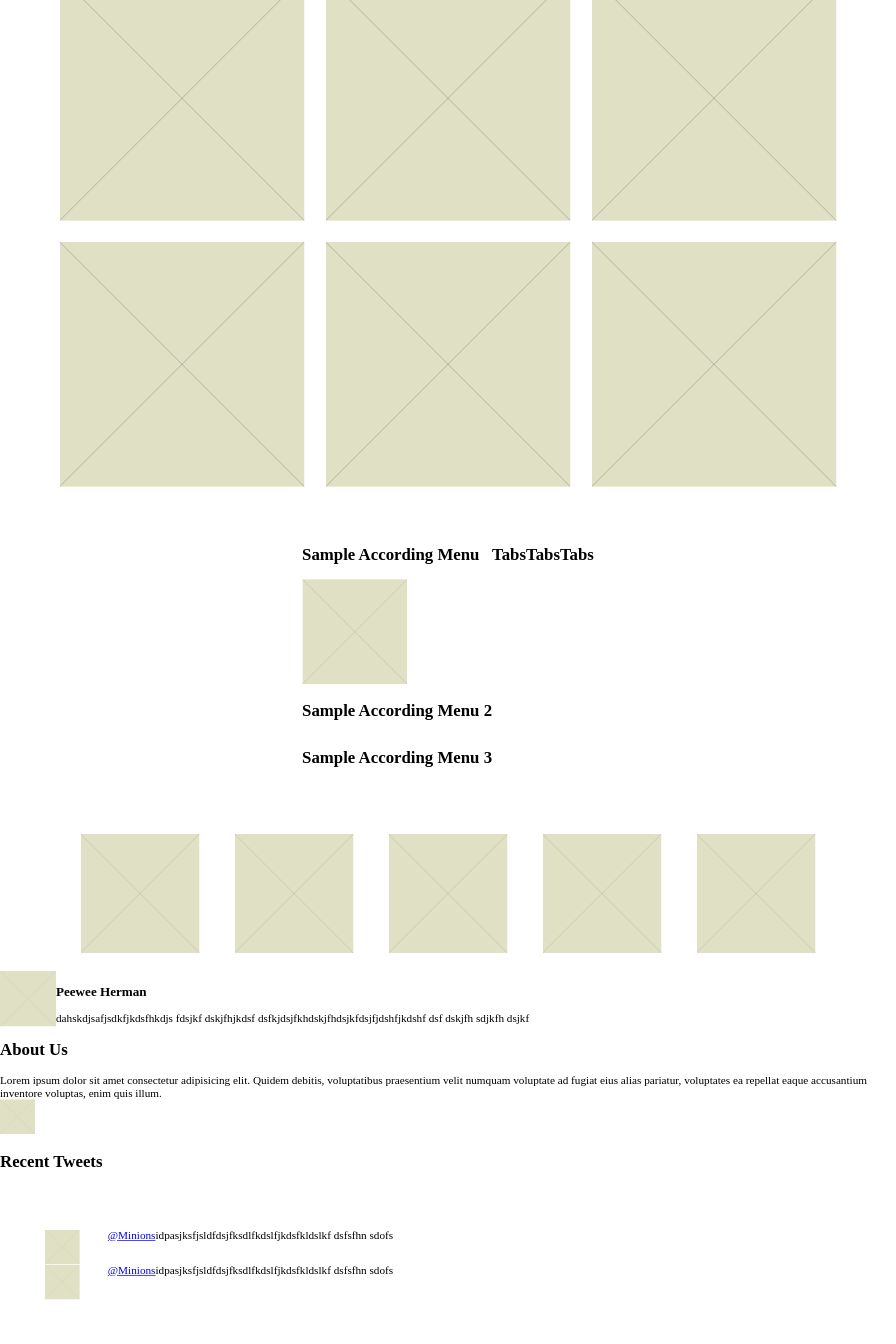
Repository: ReallyNguyen/responsive-web
Page: index.html
An editor plug-in stored every save of this project. The page is shown before and after the next save, followed by the edit.
The browser window is 1280 px wide. The pictures show the part of the page from y = 1079 to 2999 px (the page is 2999 px tall before and 2871 px after), at 70% of full size.

Above is the page before, as saved 2023-01-25 22:09:48.

### index.html
<!doctype html>
<html class="no-js" lang="">

<head>
  <meta charset="utf-8">
  <title></title>
  <meta name="description" content="">
  <meta name="viewport" content="width=device-width, initial-scale=1">

  <meta property="og:title" content="">
  <meta property="og:type" content="">
  <meta property="og:url" content="">
  <meta property="og:image" content="">

  <link rel="manifest" href="site.webmanifest">
  <link rel="apple-touch-icon" href="icon.png">
  <!-- Place favicon.ico in the root directory -->

  <link rel="stylesheet" href="css/normalize.css">
  <link rel="stylesheet" href="css/main.css">

  <meta name="theme-color" content="#fafafa">
</head>

<body>
  <header>
    <div class="nav-bar">
      <h1 class="company-name" >Metrolics</h1>
      <img class="logo" src="placeholder.svg" alt="company logo" width="50" height="50">
      <img class="accordian" src="placeholder.svg" alt="accordian here" width="50" height="50">

    </div>

    <div class="introduction">
      <h1> Hey guys! This is the Metrolics theme. It sports a responsive layout with a mobile layout.</h1>
    </div>


  </header>



  <article>

    <div class="Title">
      <h1>
        Things we do
      </h1>
      <p>
        ask what we do
      </p>
    </div>

    <main>

      <div class="Contents">
        <div class="Content">
          <img src="placeholder.svg" alt="" width="50" height="50">
          <div class="Description">
            <h4 class="topic">
              Web Solution
            </h4>
            <p> ajisdjsad</p>
          </div>
        </div>

        <div class="Content">
          <img src="placeholder.svg" alt="" width="50" height="50">
          <div class="Description">
            <h4 class="topic">
              Photography
            </h4>
            <p> ajisdjsad</p>
          </div>
        </div>

        <div class="Content">
          <img src="placeholder.svg" alt="" width="50" height="50">
          <div class="Description">
            <h4 class="topic">
              Web Development
            </h4>
            <p> ajisdjsad</p>
          </div>
        </div>

        <div class="Content">
          <img src="placeholder.svg" alt="" width="50" height="50">
          <div class="Description">
            <h4 class="topic">
              Web Design
            </h4>
            <p> ajisdjsad</p>
          </div>
        </div>



      </div>

      <div class="whats_up_lately">

        <div class="Title">
          <h1>
            What's up lately?
          </h1>
          <p>
            Read up on our latest work
          </p>
        </div>

        <div class="Boxes">
          <img class="Sample" src="placeholder.svg" alt="" width="360" height="360">
          <img class="Sample" src="placeholder.svg" alt="" width="360" height="360">
          <img class="Sample" src="placeholder.svg" alt="" width="360" height="360">
        </div>
      </div>

      <div class="our_latest_projects">

        <div class="Title">
          <h1>
            Our Latest Projects
          </h1>
          <p>
            Client happy? We are happy.
          </p>
        </div>

        <div class="Boxes">
          <img class="Sample" src="placeholder.svg" alt="">
          <img class="Sample" src="placeholder.svg" alt="">
          <img class="Sample" src="placeholder.svg" alt="">
          <img class="Sample" src="placeholder.svg" alt="">
          <img class="Sample" src="placeholder.svg" alt="">
          <img class="Sample" src="placeholder.svg" alt="">
        </div>
      </div>

      <div class="Bottom">
        <div class="Menu">
          <div class="Menu1">
            <h2>Sample According Menu</h2>
            <div class="Desc-Menu1"></div>
            <img src="placeholder.svg" alt="" width="150" height="150">
          </div>
          <h2>Sample According Menu 2</h2>
          <h2>Sample According Menu 3</h2>
        </div>
        <div class="Tabs">
          <h2>Tabs</h2>
          <h2>Tabs</h2>
          <h2>Tabs</h2>
        </div>
      </div>

      <div class="Companies">
        <img class="Companies-Logo" src="placeholder.svg" alt="">
        <img class="Companies-Logo" src="placeholder.svg" alt="">
        <img class="Companies-Logo" src="placeholder.svg" alt="">
        <img class="Companies-Logo" src="placeholder.svg" alt="">
        <img class="Companies-Logo" src="placeholder.svg" alt="">
      </div>


      <footer>

        <div class="founder">
          <img src="placeholder.svg" alt="" width="80" height="80">
          <div class="intro-text-box">
            <h3> Peewee Herman </h3>
            <p> dahskdjsafjsdkfjkdsfhkdjs fdsjkf dskjfhjkdsf dsfkjdsjfkhdskjfhdsjkfdsjfjdshfjkdshf dsf dskjfh sdjkfh dsjkf</p>
         </div>
        </div>


      <div class="about-us">
        <h2> About Us</h2>
      <div class="about-us-box">
        <p> Lorem ipsum dolor sit amet consectetur adipisicing elit. Quidem debitis, voluptatibus praesentium velit numquam voluptate ad fugiat eius alias pariatur, voluptates ea repellat eaque accusantium inventore voluptas, enim quis illum.</p>
        <img class="social-media" src="placeholder.svg" alt="" width="50" height="50">
      </div>

      </div>





      <div class="recent-tweets">
        <h2> Recent Tweets </h2>


        <div class="social-box">

          <div class="social-box-contents">
          <img src="placeholder.svg" alt="" width="50" height="50">
          <div class="social-text-box">
            <a href="url"> @Minions </a>
            <p> idpasjksfjsldfdsjfksdlfkdslfjkdsfkldslkf dsfsfhn sdofs </p>
        </div>
         </div>

        <div class="social-box-contents">
          <img src="placeholder.svg" alt="" width="50" height="50">
          <div class="social-text-box">
            <a href="url"> @Minions </a>
            <p> idpasjksfjsldfdsjfksdlfkdslfjkdsfkldslkf dsfsfhn sdofs </p>
          </div>
        </div>

        </div>
      </div>

    </footer>

    </main>



  </article>
</body>

</html>

### css/main.css
.nav-bar {
  display: flex;
  flex-direction: row;
  justify-content: center;
  margin: 50px;
}

.introduction {
  display: flex;
  justify-content: center;
}

.founder {
  display: flex;
  justify-content: row;
}

.social-box {
  display: flex;
  justify-content: center;
  flex-direction: column;
  padding: 5%;

}



.social-text-box {
  display: flex;
  justify-content: center;
  padding-left: 40px;


}



.social-box-contents {
  display: flex;
  flex-direction: row;
}


article>div {
  margin: 15px;
}

.Title {
  display: flex;
  flex-direction: column;
  text-align: center;
  margin-top: 0;
}

main {
  display: flex;
  flex-direction: column;
  align-items: center;
}


.topic {
  margin: 0;
}

p {
  margin: 0px;
}

.Contents {
  display: flex;
  flex-direction: row;
}

.Content {
  display: flex;
  flex-direction: row;
  margin: 15px;
}

.Boxes {
  display: flex;
  display: flex;
  flex-wrap: wrap;
  justify-content: center;
}

.Sample {
  margin: 15px;
  width: 350px;
  height: 350px;
}

.Bottom {
  display: flex;
  flex-direction: row;
  margin: 50px;
}

.Menu {
  display: flex;
  flex-direction: column;
}

.Tabs {
  display: flex;
  flex-direction: row;
}

.Companies {
  display: flex;
  flex-direction: row;
}

.Companies-Logo {
  width: 170px;
  height: 170px;
  margin: 25px;
}

/* Small only */
@media screen and (max-width: 39.9375em) {
  header {
    display: flex;
    flex-direction: column;
    text-align: center;
    margin: 15px;
    font-size: 10px;
  }
}

/* Medium and up */
@media screen and (min-width: 40em) {
  h1 br {
    display: none;
  }

}

/* Medium only */
@media screen and (min-width: 40em) and (max-width: 63.9375em) {}

/* Large and up */
@media screen and (min-width: 64em) {}

/* Large only */
@media screen and (min-width: 64em) and (max-width: 74.9375em) {}

Loaded but not shown: css/normalize.css (library)

After the next save:
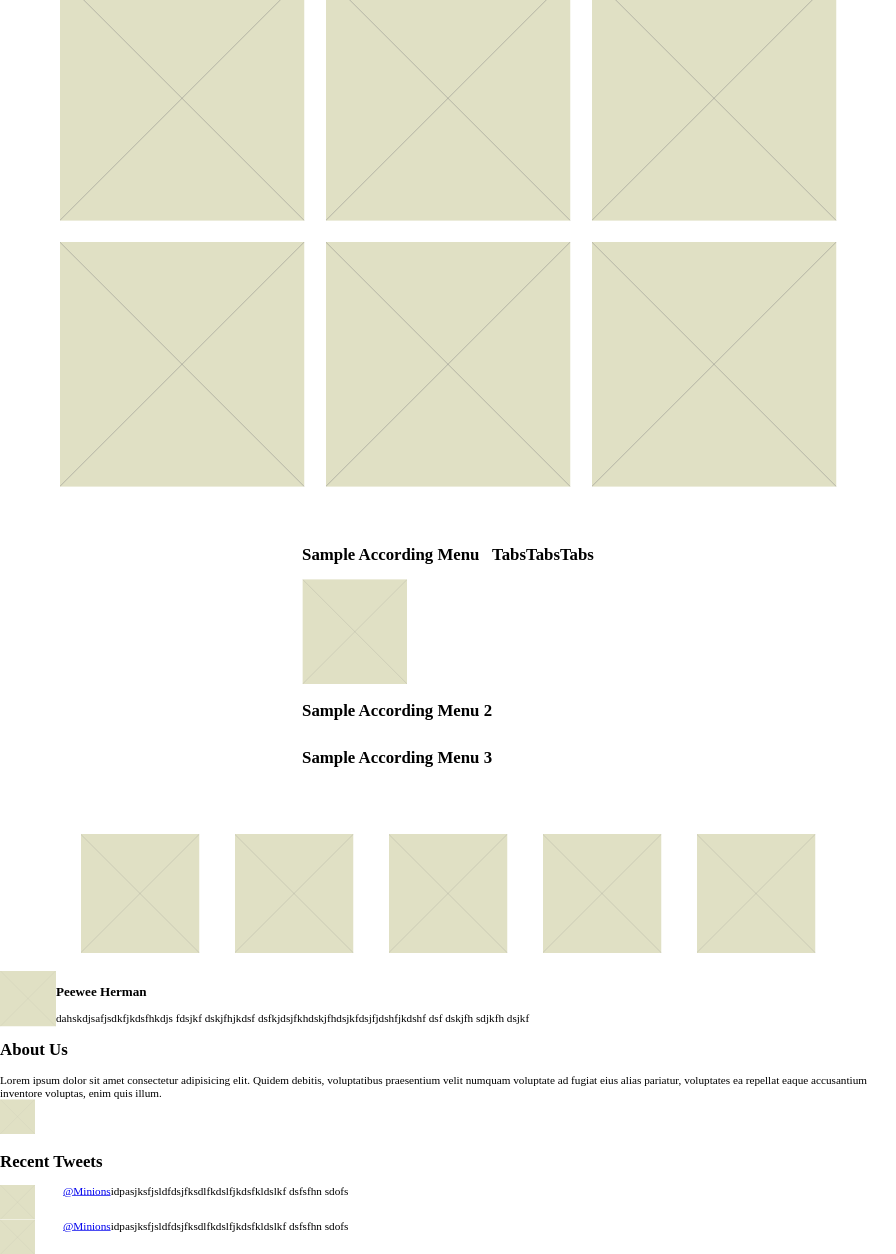
Saved 8 s later.
--- a/index.html
+++ b/index.html
@@ -191,7 +191,7 @@
         <h2> Recent Tweets </h2>
 
 
-        <div class="social-box">
+        <div class="twitter-box">
 
           <div class="social-box-contents">
           <img src="placeholder.svg" alt="" width="50" height="50">

After the save that followed:
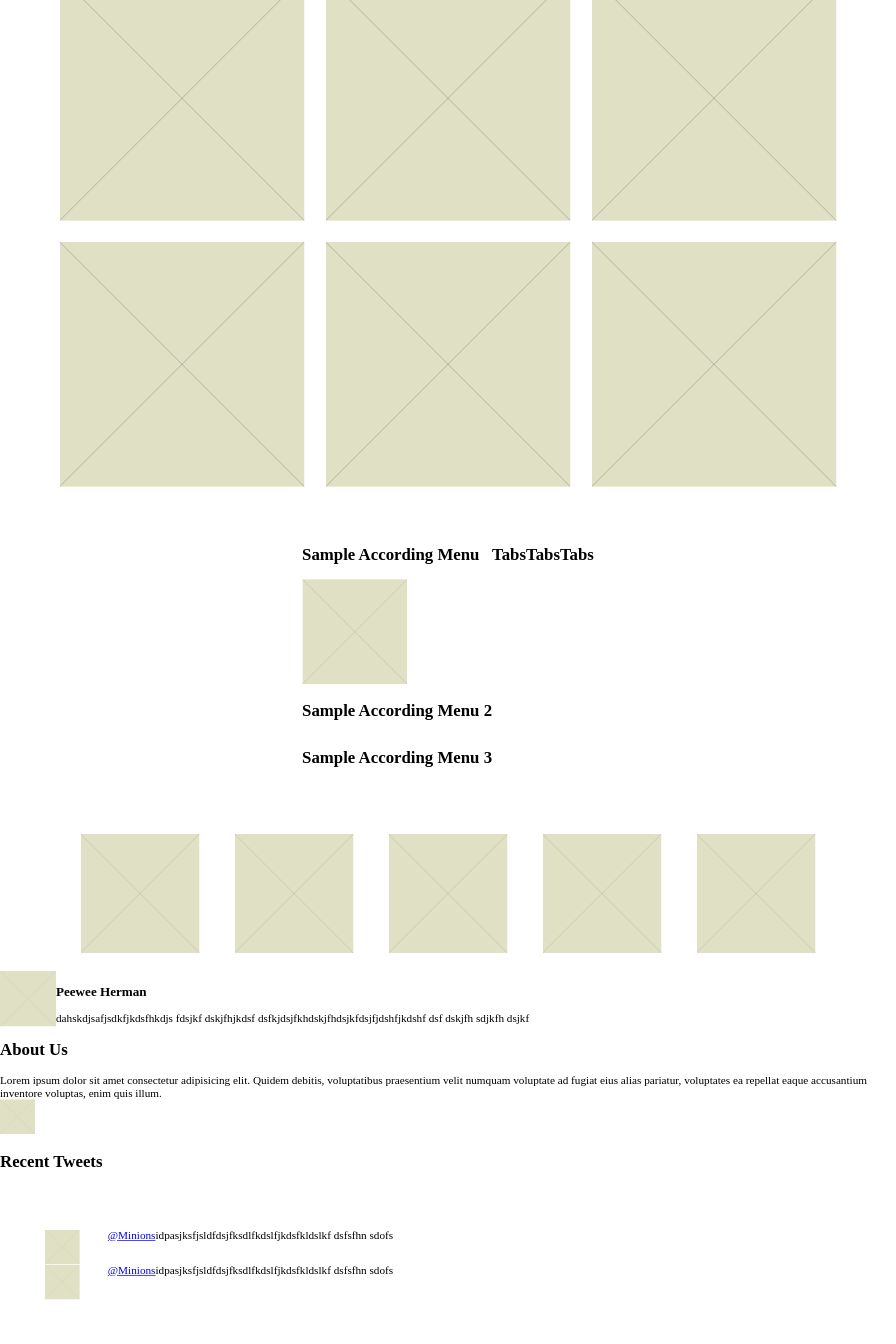
Saved 5 s later.
--- a/css/main.css
+++ b/css/main.css
@@ -13,9 +13,10 @@
 .founder {
   display: flex;
   justify-content: row;
+
 }
 
-.social-box {
+.twitter-box {
   display: flex;
   justify-content: center;
   flex-direction: column;
